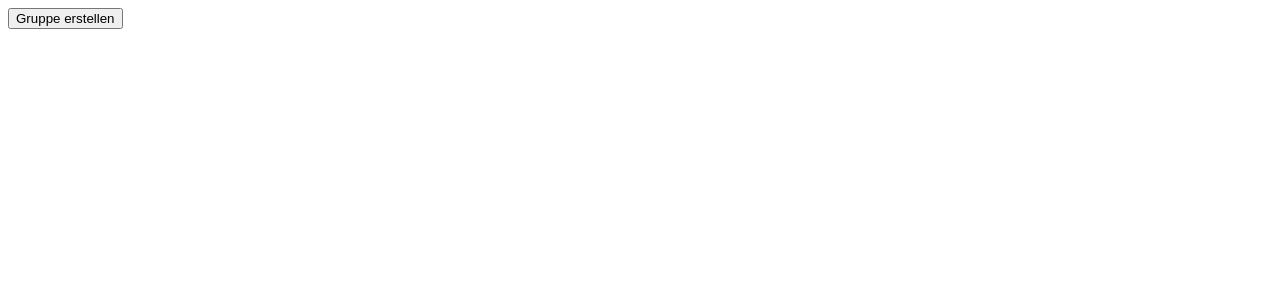
Repository: ubermanalex/DjCrowd
Page: ScaleYourFriends/online_home.html
An editor plug-in stored every save of this project. The page is shown before and after the next save, followed by the edit.
The browser window is 1280 px wide. The pictures show the whole page.

Above is the page before, as saved 2013-06-11 15:41:04.

After the next save:
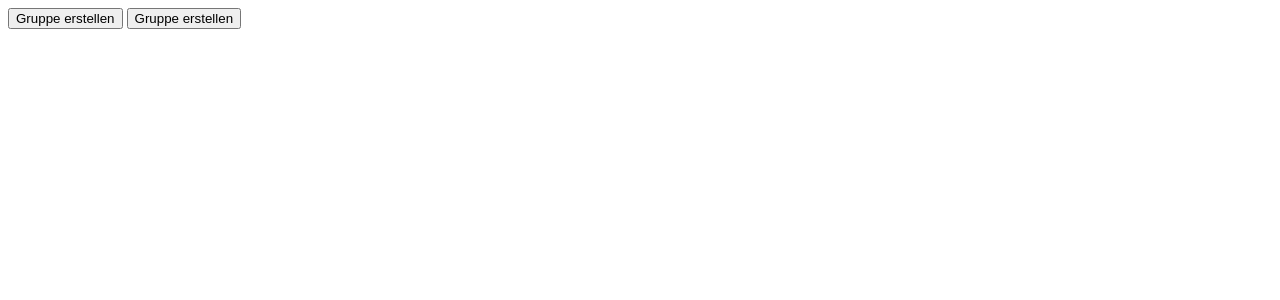
Saved 27 s later.
--- a/ScaleYourFriends/online_home.html
+++ b/ScaleYourFriends/online_home.html
@@ -27,7 +27,7 @@
 	<!-- Change "0" to which list item to insert before (starts at 0, not 1) -->
 
 	<input type='button' value="Gruppe erstellen" onClick="insertItem('thumbs',0)">
-
+	<input type='button' value="Gruppe erstellen" onClick="testqwe()">
 	<ul id="thumbs">
 
 	</ul>
